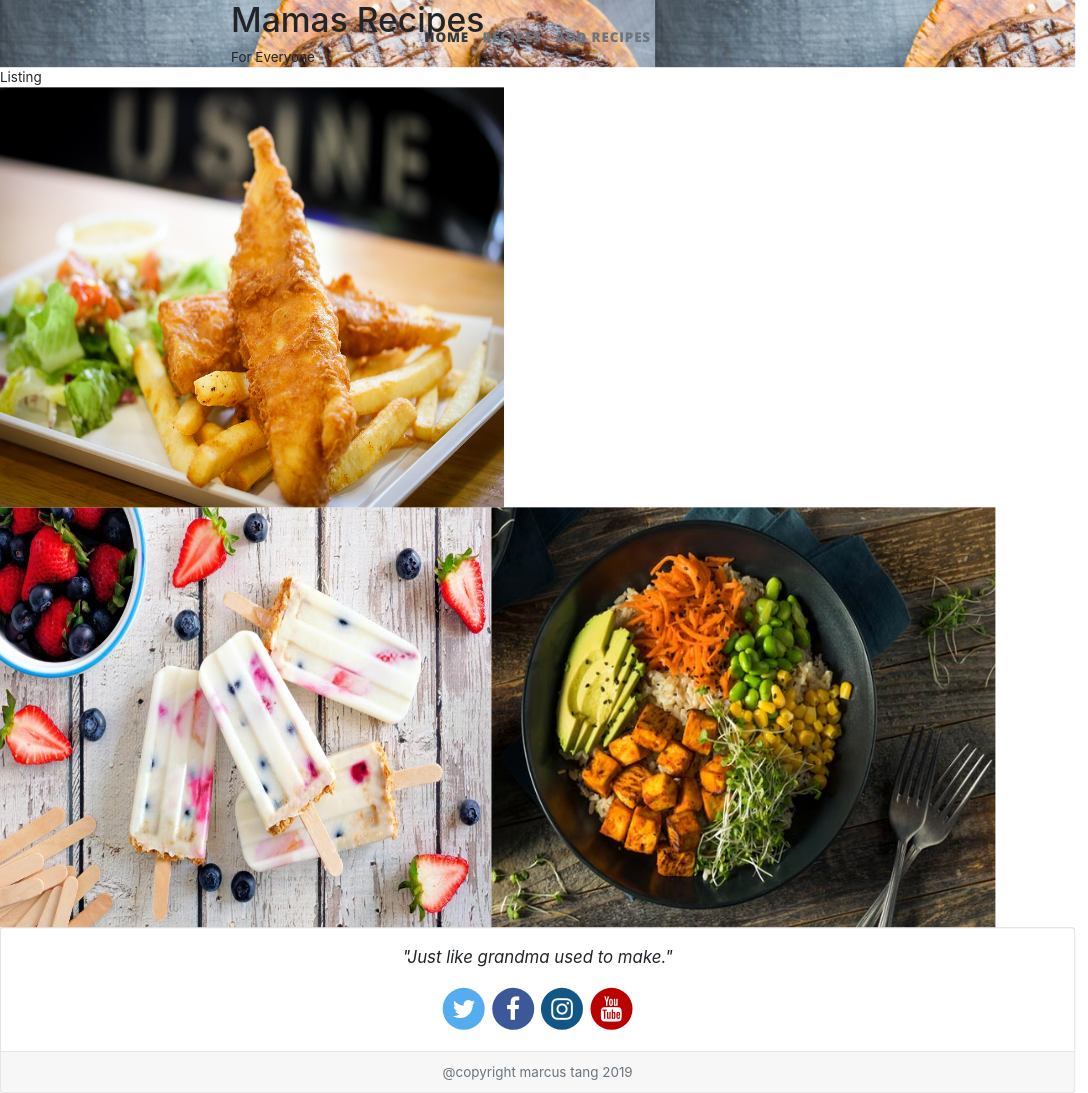
Repository: marstangg/mamasrecipes
Page: templates/index.html
The author's editor kept a record of every edit. The page is drawn from the files as they stood at one moment, then again after the next edit.
The browser window is 1280 px wide. The page is 1295 px wide, so the pictures cover 1295 px, including what lies to the right of the window. The pictures show the whole page, at 84% of full size.
Some web libraries are served in a nearby version. The template is drawn by Flask 3. The application's start-up code is not run. The template is opened directly, without the code that normally fills it, so the values that code supplies are empty.

Above is the page before.

After the next edit:
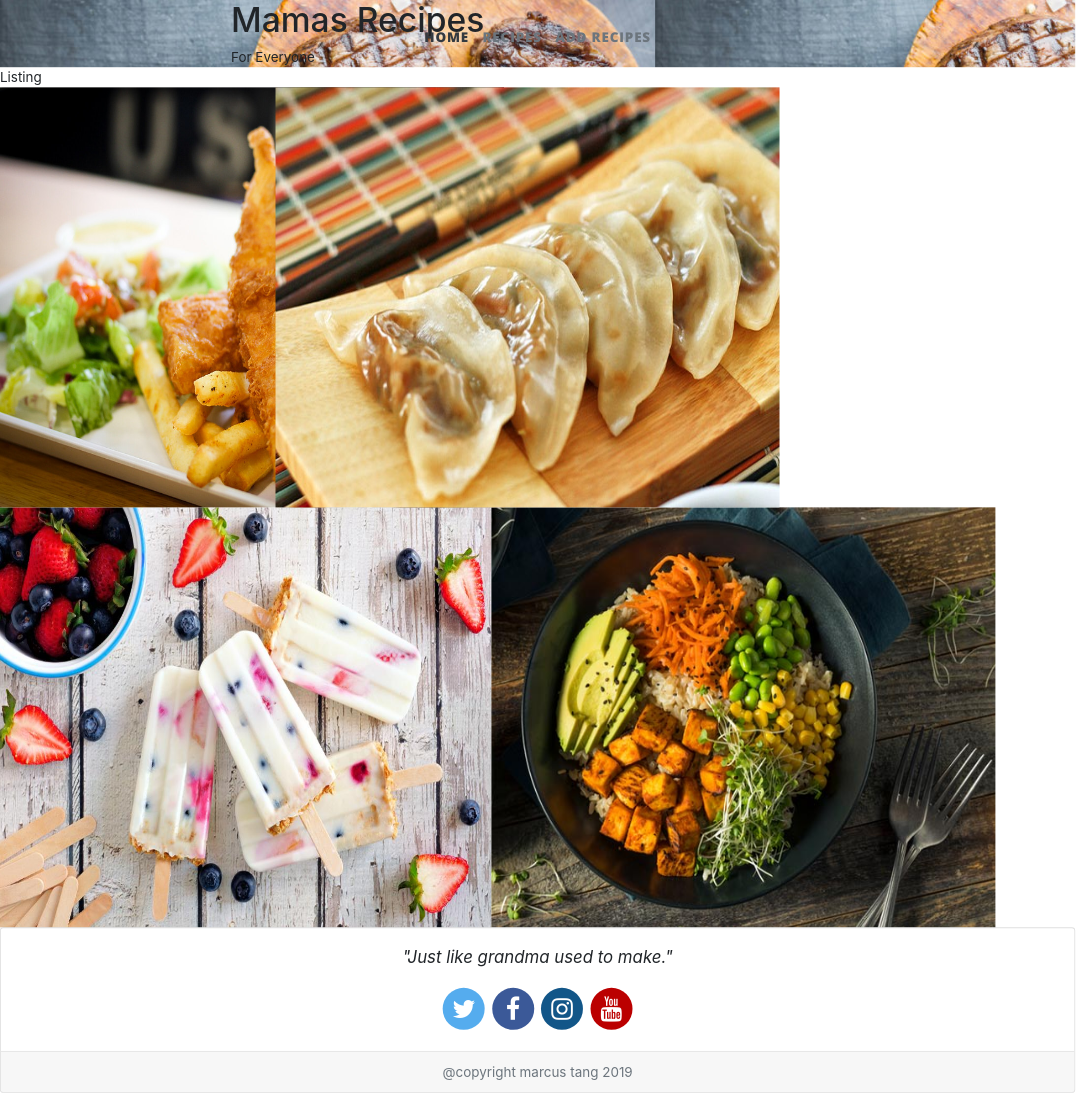
The edit:
--- a/templates/index.html
+++ b/templates/index.html
@@ -21,7 +21,7 @@
       <img src="static/img/western.jpg" alt="western" width="600" height="500">
     </div>
     <div class="col-3">
-
+      <img src="static/img/gyoza.jpg" alt="asian" width="600" height="500">
     </div>
     <div class="col-3">
 
